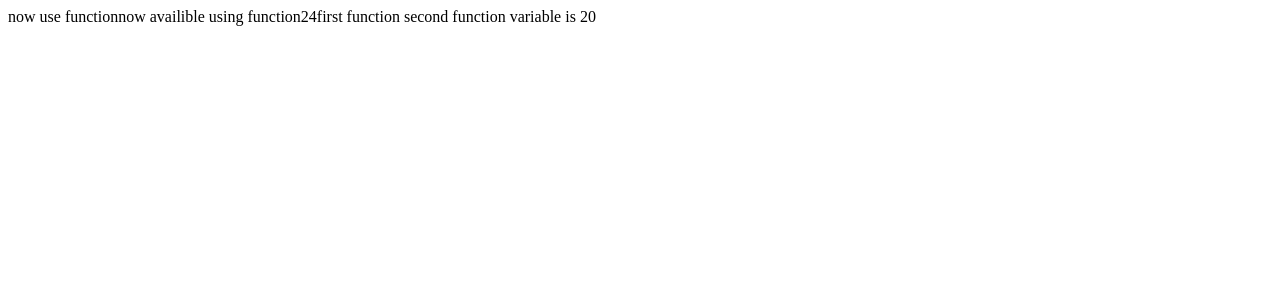
Repository: dudals3844/php_study
Page: http://localhost/hello.php
The author's editor kept a record of every edit. The page is drawn from the files as they stood at one moment, then again after the next edit.
The browser window is 1280 px wide. The pictures show the whole page.
The page is run by PHP 8.4 with error messages shown; the project is at /var/www/html/.

Above is the page before.

### hello.php
<?php
    //http://tcpschool.com/php/php_function_basic 공부하는 사이트
    //parameter argument

    //using function

    $makefunc = true;

    if($makefunc) {
        function func() {
            echo "now use function";

        }
        func();
        //함수를 호출할 수 있습니다.

    }

    //function within function

    function out(){
        function in(){
            echo "now availible using function";
        }
    }

    out();
    in();

    //recursive function

    function factorial($num){
        if($num > 1){
            return $num*factorial($num-1);
        } else {
            return 1;
        }
    }
    echo factorial(4);


    //variable function
    function first(){
        echo "first function";
    }

    function second($para){
        echo " second function ";
        echo " variable is {$para} ";
    }

    $func = "first";
    $func();
    $func = "second";
    $func(20);
?>

After the next edit:
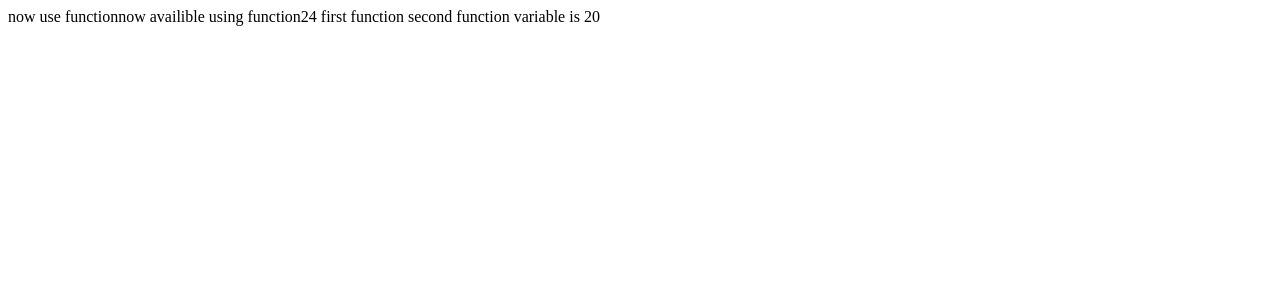
The edit:
--- a/hello.php
+++ b/hello.php
@@ -41,7 +41,7 @@
 
     //variable function
     function first(){
-        echo "first function";
+        echo " first function ";
     }
 
     function second($para){
